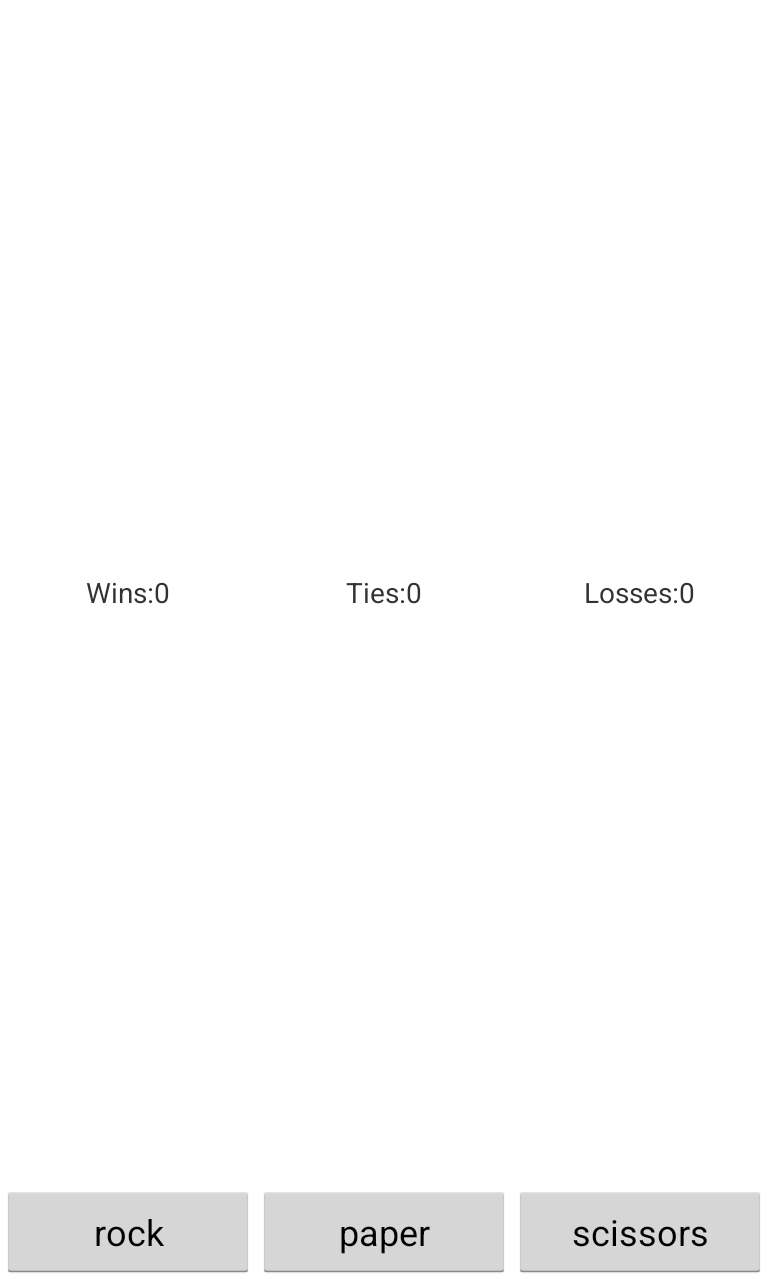
Repository: BU-HuangJ/angrybots_android_app
Layout: workspace/AngryBots/res/layout/activity_mini_game3.xml
The author's editor kept a copy of each file at every save. The layout is drawn from the files as they stood at one save, then again after the next save.
It is drawn on a 768 x 1280 px phone screen (xhdpi) without system bars, with theme AppTheme; the app's code is not run.

Above is the layout before, as saved 2013-04-25 23:50:28.

After the next save:
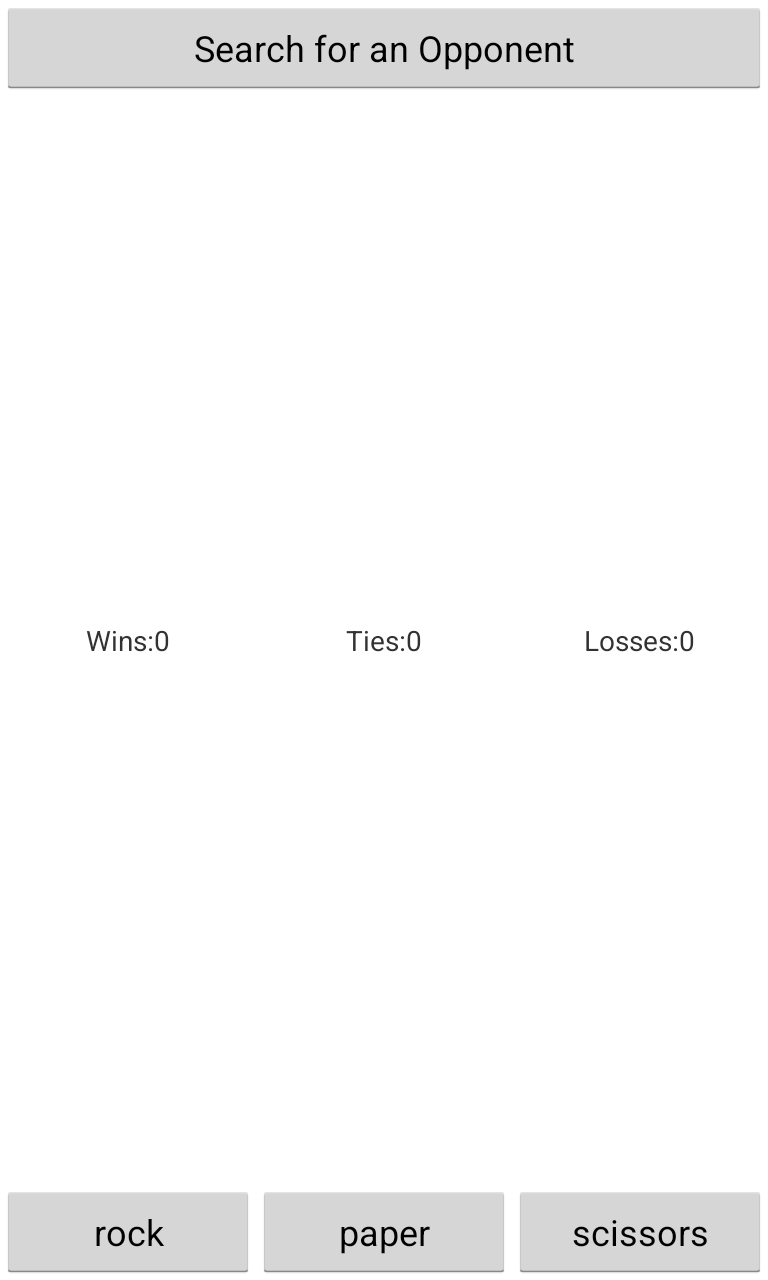
Saved 7 s later.
--- a/workspace/AngryBots/res/layout/activity_mini_game3.xml
+++ b/workspace/AngryBots/res/layout/activity_mini_game3.xml
@@ -4,6 +4,13 @@
     android:layout_height="match_parent"
     android:orientation="vertical"
     tools:context=".MiniGame3" >
+
+    <Button
+        android:id="@+id/find_opponent_button"
+        android:layout_width="fill_parent"
+        android:layout_height="wrap_content"
+        android:onClick="chooseScissors"
+        android:text="@string/find_opponent" />
 
     <TextView
 	    android:id="@+id/p2_choice"
